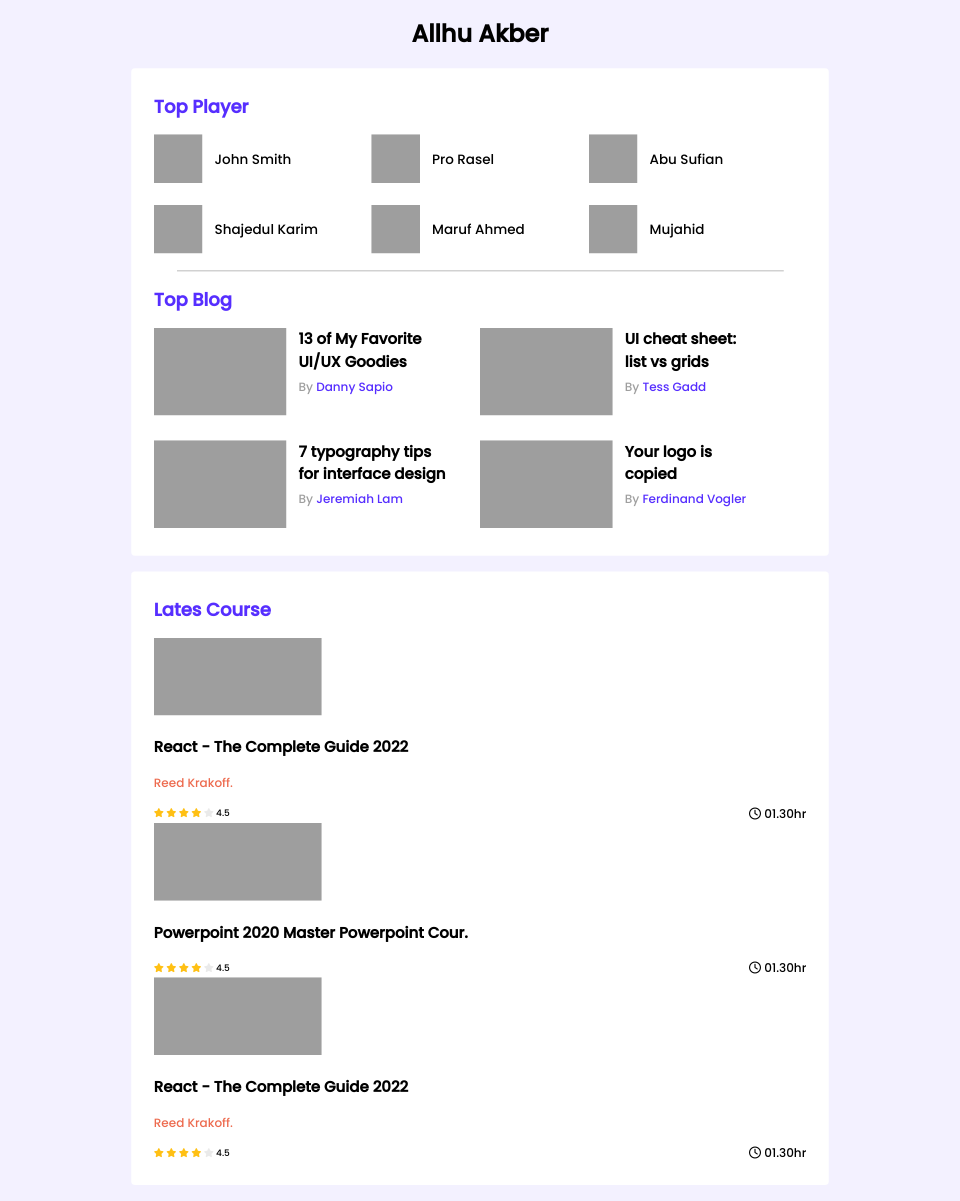
Repository: zjria/leader-board
Page: index.html
An editor plug-in stored every save of this project. The page is shown before and after the next save, followed by the edit.
The browser window is 1280 px wide. The pictures show the whole page, at 75% of full size.
Pictures or frames that could not be fetched are drawn as grey boxes.

Above is the page before, as saved 2022-09-05 07:00:53.

### index.html
<!DOCTYPE html>
<html lang="en">

<head>
    <meta charset="UTF-8">
    <meta http-equiv="X-UA-Compatible" content="IE=edge">
    <meta name="viewport" content="width=device-width, initial-scale=1.0">
    <title>leader-board</title>
    <!-- Font awesome -->
    <link rel="stylesheet" href="https://cdnjs.cloudflare.com/ajax/libs/font-awesome/6.2.0/css/all.min.css"
        integrity="sha512-xh6O/CkQoPOWDdYTDqeRdPCVd1SpvCA9XXcUnZS2FmJNp1coAFzvtCN9BmamE+4aHK8yyUHUSCcJHgXloTyT2A=="
        crossorigin="anonymous" referrerpolicy="no-referrer" />
    <!-- Custom CSS -->
    <link rel="stylesheet" href="/style/style.css">
</head>

<body>
    <h1>Allhu Akber</h1>
    <!-- Header Section -->
    <header>

    </header>
    <!-- Main Section -->
    <main>
        <section class="container">
            <div class="top-players">
                <h2 class="section-title">Top Player</h2>
                <div class="players">
                    <div class="player">
                        <img src="images/players/player-1.png" alt="">
                        <h3 class="name-title">John Smith</h3>
                    </div>
                    <div class="player">
                        <img src="images/players/player-2.png" alt="">
                        <h3 class="name-title">Pro Rasel</h3>
                    </div>
                    <div class="player">
                        <img src="images/players/player-3.png" alt="">
                        <h3 class="name-title">Abu Sufian</h3>
                    </div>
                    <div class="player">
                        <img src="images/players/player-4.png" alt="">
                        <h3 class="name-title">Shajedul Karim</h3>
                    </div>
                    <div class="player">
                        <img src="images/players/player-5.png" alt="">
                        <h3 class="name-title">Maruf Ahmed</h3>
                    </div>
                    <div class="player">
                        <img src="images/players/player-6.png" alt="">
                        <h3 class="name-title">Mujahid</h3>
                    </div>
                </div>
            </div>
            <hr class="horigantal-line">

            <!-- Blog information -->
            <div class="blog-information">
                <h2 class="section-title">Top Blog</h2>
                <div class="blogs-details">
                    <article class="blogs">
                        <div class="blog-thimble">
                            <img src="images/blogs/blog-1.png" alt="">
                        </div>
                        <div class="blog-contain">
                            <h2>13 of My Favorite <br> UI/UX Goodies</h2>
                            <p class="blog-auther">By <a href="">Danny Sapio</a></p>
                        </div>
                    </article>
                    <article class="blogs">
                        <div class="blog-thimble">
                            <img src="images/blogs/blog-2.png" alt="">
                        </div>
                        <div class="blog-contain">
                            <h2>UI cheat sheet: <br>
                                list vs grids</h2>
                            <p class="blog-auther">By <a href="">Tess Gadd</a></p>
                        </div>
                    </article>
                    <article class="blogs">
                        <div class="blog-thimble">
                            <img src="images/blogs/blog-3.png" alt="">
                        </div>
                        <div class="blog-contain">
                            <h2>7 typography tips <br>
                                for interface design</h2>
                            <p class="blog-auther">By <a href=""> Jeremiah Lam</a></p>
                        </div>
                    </article>
                    <article class="blogs">
                        <div class="blog-thimble">
                            <img src="images/blogs/blog-4.png" alt="">
                        </div>
                        <div class="blog-contain">
                            <h2>Your logo is <br>
                                copied</h2>
                            <p class="blog-auther">By <a href=""> Ferdinand Vogler</a></p>
                        </div>
                    </article>
                </div>
            </div>
        </section>
        <!-- Lates Course -->
        <section class="container">
            <h2 class="section-title">Lates Course</h2>
            <div class="course-details">
                <div class="course-thumble">
                    <img src="images/courses/course-1.png" alt="">
                </div>
                <div class="course-title">
                    <h3>React - The Complete Guide 2022</h3>
                    <p>Reed Krakoff.</p>
                </div>
                <div class="course-info">
                    <div class="star-icon">
                        <i class="fa-solid fa-star field"></i>
                        <i class="fa-solid fa-star field"></i>
                        <i class="fa-solid fa-star field"></i>
                        <i class="fa-solid fa-star field"></i>
                        <i class="fa-solid fa-star not-field"></i>
                        <span>4.5</span>
                    </div>
                    <div class="time-duration">
                        <i class="fa-regular fa-clock"></i> 01.30hr
                    </div>
                </div>
            </div>
            <div class="course-details">
                <div class="course-thumble">
                    <img src="images/courses/course-2.png" alt="">
                </div>
                <div class="course-title">
                    <h3>Powerpoint 2020 Master Powerpoint Cour.</p>
                </div>
                <div class="course-info">
                    <div class="star-icon">
                        <i class="fa-solid fa-star field"></i>
                        <i class="fa-solid fa-star field"></i>
                        <i class="fa-solid fa-star field"></i>
                        <i class="fa-solid fa-star field"></i>
                        <i class="fa-solid fa-star not-field"></i>
                        <span>4.5</span>
                    </div>
                    <div class="time-duration">
                        <i class="fa-regular fa-clock"></i> 01.30hr
                    </div>
                </div>
            </div>
            <div class="course-details">
                <div class="course-thumble">
                    <img src="images/courses/course-3.png" alt="">
                </div>
                <div class="course-title">
                    <h3>React - The Complete Guide 2022</h3>
                    <p>Reed Krakoff.</p>
                </div>
                <div class="course-info">
                    <div class="star-icon">
                        <i class="fa-solid fa-star field"></i>
                        <i class="fa-solid fa-star field"></i>
                        <i class="fa-solid fa-star field"></i>
                        <i class="fa-solid fa-star field"></i>
                        <i class="fa-solid fa-star not-field"></i>
                        <span>4.5</span>
                    </div>
                    <div class="time-duration">
                        <i class="fa-regular fa-clock"></i> 01.30hr
                    </div>
                </div>
            </div>
        </section>
    </main>
</body>

</html>

### style/style.css
/* Google Fonts */
@import url('https://fonts.googleapis.com/css2?family=Poppins:wght@500&family=Roboto:wght@100;300;400;500;700;900&display=swap');

h1 {
    display: flex;
    justify-content: center;
}

/* Commant CSS Utilitis */
body {
    border: 0px;
    margin: 0px;
    font-family: 'Poppins', sans-serif;
    /* font-family: 'Roboto', sans-serif; */
    background-color: #F3F1FF;
}

/* Top Players Section */
main {
    display: flex;
    align-items: center;
    flex-direction: column;
}

.section-title {
    color: #562EFF;
    font-size: 24px;
}

.container {
    background-color: #FFFFFF;
    width: 870px;
    padding: 30px;
    margin-bottom: 21px;
    border-radius: 5px;
}

.top-players {
    /* padding: 30px; */
    margin-bottom: 22px;
}

h2.section-title {
    margin-top: 3px;
}

.players {
    display: grid;
    grid-template-columns: repeat(3, 1fr);
    grid-row-gap: 29px;
}

.player {
    display: flex;
    align-items: center;
}

.player img {
    width: 65px;
    height: 65px;
}

.name-title {
    margin-left: 16px;
    font-size: 18px;
    font-weight: normal;
}

.horigantal-line {
    border: 1px solid #D1D1D1;
    width: 807px;
    margin-bottom: 20px;
}

/* ------------------ blogs details information-------------- */
.blogs-details {
    display: grid;
    grid-template-columns: repeat(2, 1fr);
    grid-row-gap: 26px;
}

.blogs {
    display: flex;
}

.blogs .blog-thimble img {
    width: 177px;
    height: 117px;
    margin-right: 16px;
}

.blog-contain h2 {
    font-size: 20px;
    margin: 0;
}

.blog-contain .blog-auther {
    color: #9F9F9F;
    font-size: 16px;
}

.blog-contain .blog-auther a {
    color: #562EFF;
    font-size: 16px;
    text-decoration: none;
}

.blog-contain p {
    margin-top: 6px;
}

/* -------------------- course-info --------------- */
.course-thumble img {
    width: 224px;
    height: 104px;
}

.course-title h3 {
    font-size: 20px;
}

.course-title p {
    font-size: 16px;
    color: #ED6B4F;
}

.course-info {
    display: flex;
    align-items: center;
    justify-content: space-between;
}

.course-info .star-icon {
    font-size: 12px;

}

.course-info .rating {
    font-size: 14px;
    color: #A2A2A2;
    margin-left: 10px;

}

.course-info .star-icon .fa-star.field {
    color: #FFC014;
}

.course-info .star-icon .fa-star.not-field {
    color: #AEAEAE;
    opacity: 0.25;
}

After the next save:
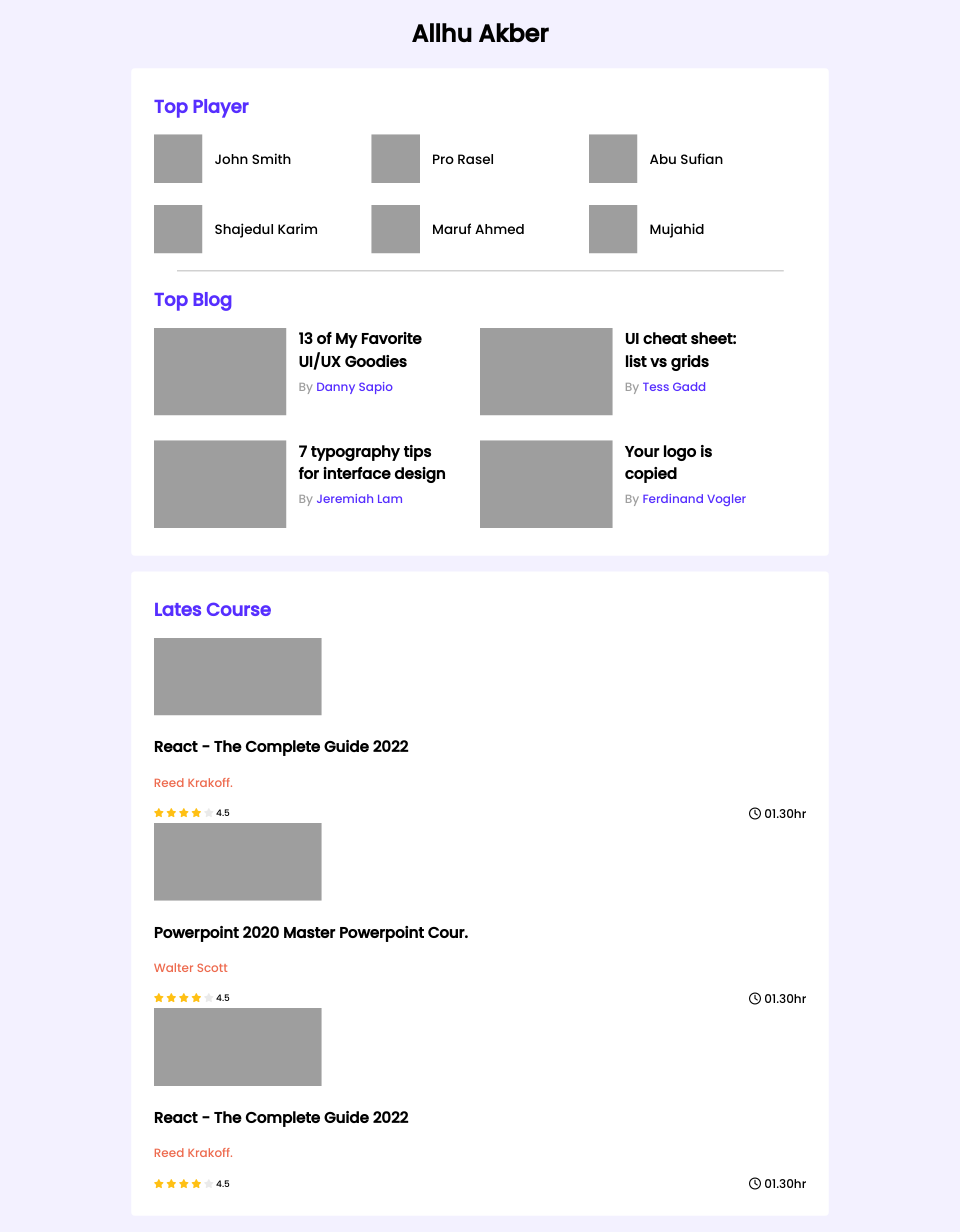
Saved 103 s later.
--- a/index.html
+++ b/index.html
@@ -130,7 +130,8 @@
                     <img src="images/courses/course-2.png" alt="">
                 </div>
                 <div class="course-title">
-                    <h3>Powerpoint 2020 Master Powerpoint Cour.</p>
+                    <h3>Powerpoint 2020 Master Powerpoint Cour.</h3>
+                    <p>Walter Scott</p>
                 </div>
                 <div class="course-info">
                     <div class="star-icon">
